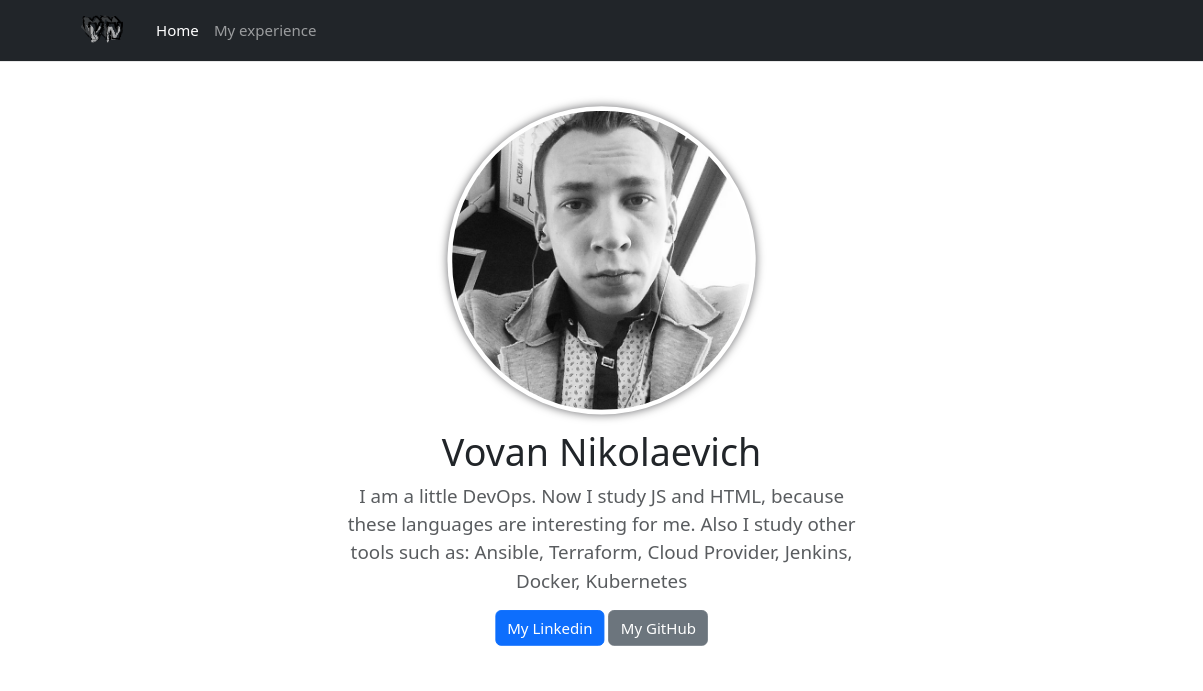
Repository: vovanbl411/mini-web-site
Page: My_experience.html
These files come from the project's save history. The page is drawn as it stood at one moment and after the next save; the edit follows.
The browser window is 1280 px wide. The pictures show the whole page, at 94% of full size.

Above is the page before, as saved 2023-01-22 02:00:58.

### My_experience.html
<!DOCTYPE html>
<html lang="en">
  <head>
    <meta charset="UTF-8" />
    <meta name="viewport" content="width=device-width, initial-scale=1.0" />
    <title>My experience</title>
    <link
      href="https://cdn.jsdelivr.net/npm/bootstrap@5.3.0-alpha1/dist/css/bootstrap.min.css"
      rel="stylesheet"
      integrity="sha384-GLhlTQ8iRABdZLl6O3oVMWSktQOp6b7In1Zl3/Jr59b6EGGoI1aFkw7cmDA6j6gD"
      crossorigin="anonymous"
    />
    <script
      src="https://cdn.jsdelivr.net/npm/bootstrap@5.3.0-alpha1/dist/js/bootstrap.bundle.min.js"
      integrity="sha384-w76AqPfDkMBDXo30jS1Sgez6pr3x5MlQ1ZAGC+nuZB+EYdgRZgiwxhTBTkF7CXvN"
      crossorigin="anonymous"
    ></script>
    <style>
      .rounded-img {
        width: 60%;
        border-radius: 50%;
        box-shadow: 0 0 10px rgba(0, 0, 7, 0.6);
        padding: 0.3em;
        margin-bottom: 1em;
      }
    </style>
  </head>
  <body>
    <nav class="navbar navbar-expand-lg navbar-dark bg-dark">
      <div class="container">
        <a class="navbar-brand p-0" href="/">
          <img src="VN(1).png" alt="Vovan Nikolaevich" width="60" />
        </a>
        <button
          class="navbar-toggler"
          data-bs-theme="dark"
          type="button"
          data-bs-toggle="collapse"
          data-bs-target="#navbarNav"
          aria-controls="navbarNav"
          aria-expanded="false"
          aria-label="Toggle navigation"
        >
          <span class="navbar-toggler-icon"></span>
        </button>
        <div class="collapse navbar-collapse" id="navbarNav">
          <ul class="navbar-nav">
            <li class="nav-item">
              <a class="nav-link active" aria-current="page" href="#">Home</a>
            </li>
            <li class="nav-item">
              <a class="nav-link" href="#">My experience</a>
            </li>
          </ul>
        </div>
      </div>
    </nav>
    <div class="container text-center my-5">
      <div class="row">
        <div class="col-lg-6 col-md-8 mx-auto">
          <img
            class="rounded-img"
            src="Screenshot.png"
            alt="Vovan Nikolaevich"
          />
          <h1 class="fw-light">Vovan Nikolaevich</h1>
          <p class="lead text-muted">
            I am a little DevOps. Now I study JS and HTML, because these
            languages are interesting for me. Also I study other tools such as:
            Ansible, Terraform, Cloud Provider, Jenkins, Docker, Kubernetes
          </p>
          <a
            href="https://www.linkedin.com/in/vovan-nikolaevich/"
            target="_blank"
            class="btn btn-primary"
          >
            My Linkedin
          </a>
          <a
            href="https://github.com/vovanbl411"
            target="_blank"
            class="btn btn-secondary"
          >
            My GitHub
          </a>
        </div>
      </div>
    </div>
  </body>
</html>

After the next save:
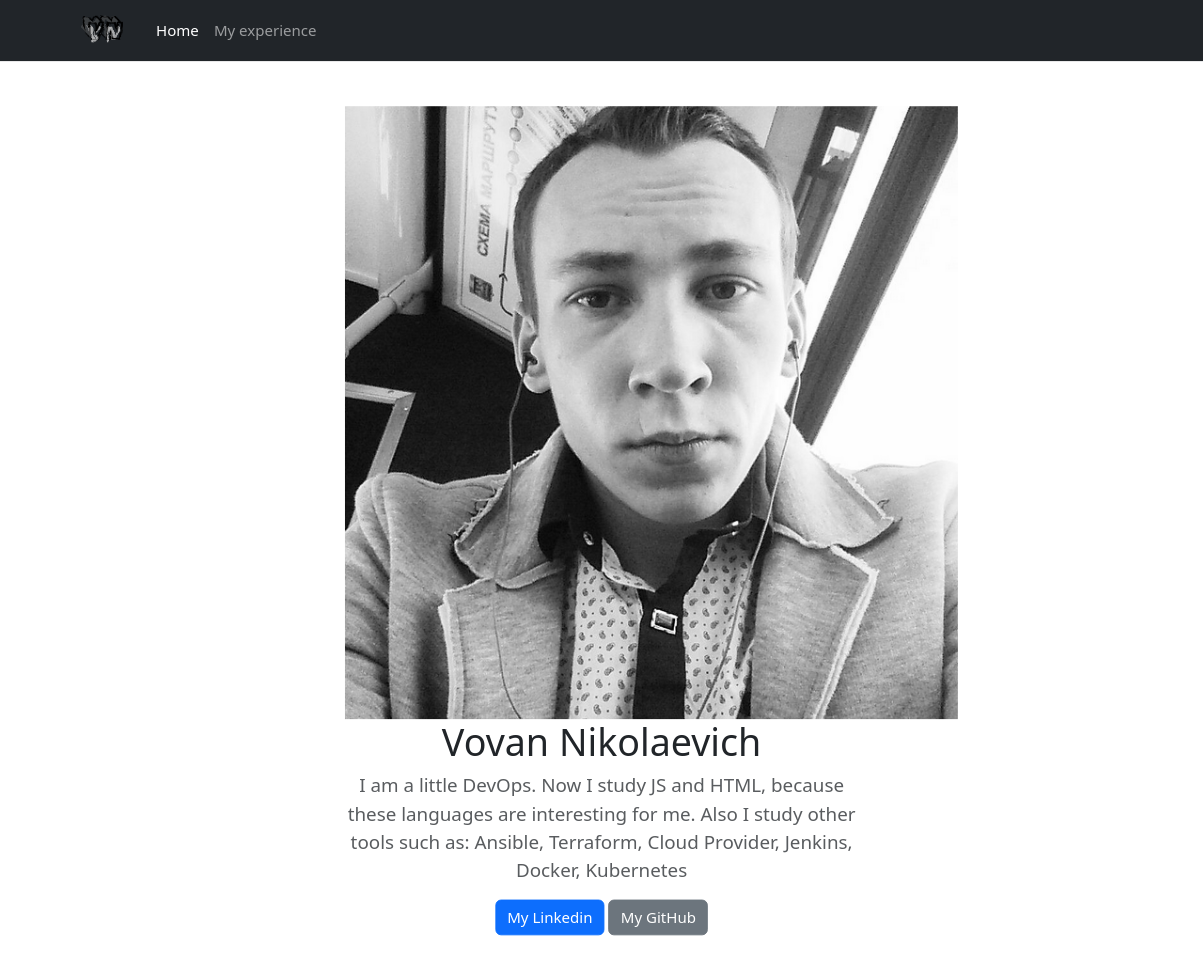
Saved 97 min 9 s later.
--- a/My_experience.html
+++ b/My_experience.html
@@ -15,15 +15,7 @@
       integrity="sha384-w76AqPfDkMBDXo30jS1Sgez6pr3x5MlQ1ZAGC+nuZB+EYdgRZgiwxhTBTkF7CXvN"
       crossorigin="anonymous"
     ></script>
-    <style>
-      .rounded-img {
-        width: 60%;
-        border-radius: 50%;
-        box-shadow: 0 0 10px rgba(0, 0, 7, 0.6);
-        padding: 0.3em;
-        margin-bottom: 1em;
-      }
-    </style>
+    <style></style>
   </head>
   <body>
     <nav class="navbar navbar-expand-lg navbar-dark bg-dark">
@@ -46,10 +38,10 @@
         <div class="collapse navbar-collapse" id="navbarNav">
           <ul class="navbar-nav">
             <li class="nav-item">
-              <a class="nav-link active" aria-current="page" href="#">Home</a>
+              <a class="nav-link active" href="#">Home</a>
             </li>
             <li class="nav-item">
-              <a class="nav-link" href="#">My experience</a>
+              <a class="nav-link" aria-current="page" href="#">My experience</a>
             </li>
           </ul>
         </div>
